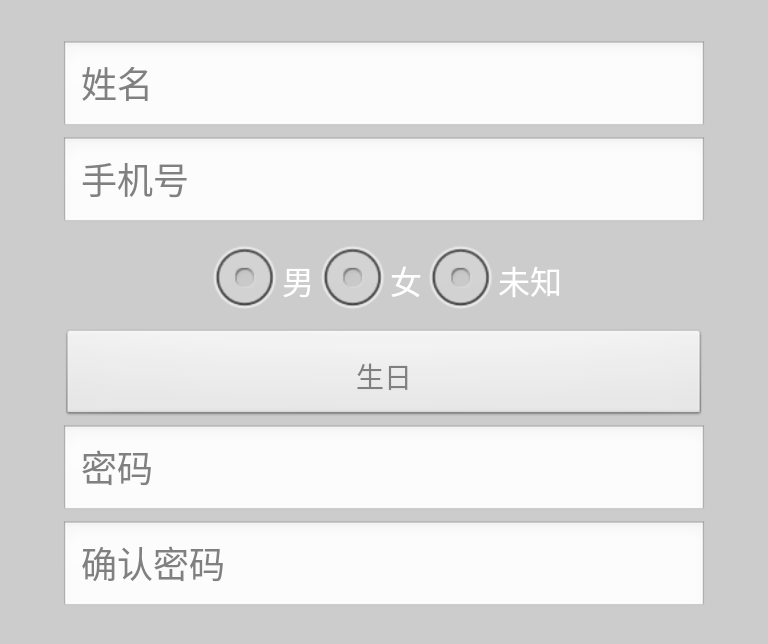
Repository: ligl/YuZhong
Layout: YuZhong/res/layout/process_user.xml
The author's editor kept a copy of each file at every save. The layout is drawn from the files as they stood at one save, then again after the next save.
The pictures show rows 636 to 1280 of an output 1280 px tall.
It is drawn on a 768 x 1280 px phone screen (xhdpi) without system bars, with theme android:Theme.Black.NoTitleBar; the app's code is not run.

Above is the layout before, as saved 2012-08-04 05:52:11.

After the next save:
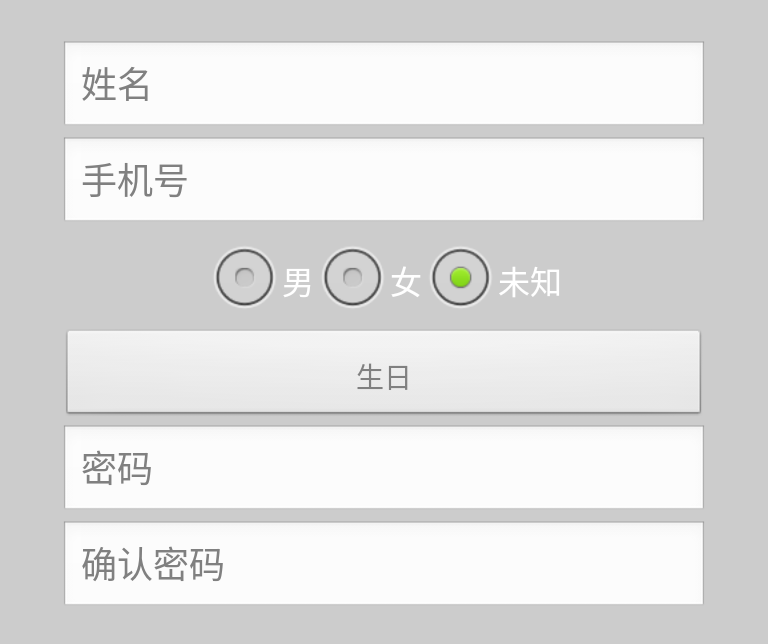
Saved 5 min 27 s later.
--- a/YuZhong/res/layout/process_user.xml
+++ b/YuZhong/res/layout/process_user.xml
@@ -86,6 +86,7 @@
                 android:layout_width="match_parent"
                 android:layout_height="wrap_content"
                 android:gravity="center_horizontal"
+                android:checkedButton="@+id/rbtn_process_user_gender_unkown"
                 android:orientation="horizontal" >
 
                 <RadioButton
